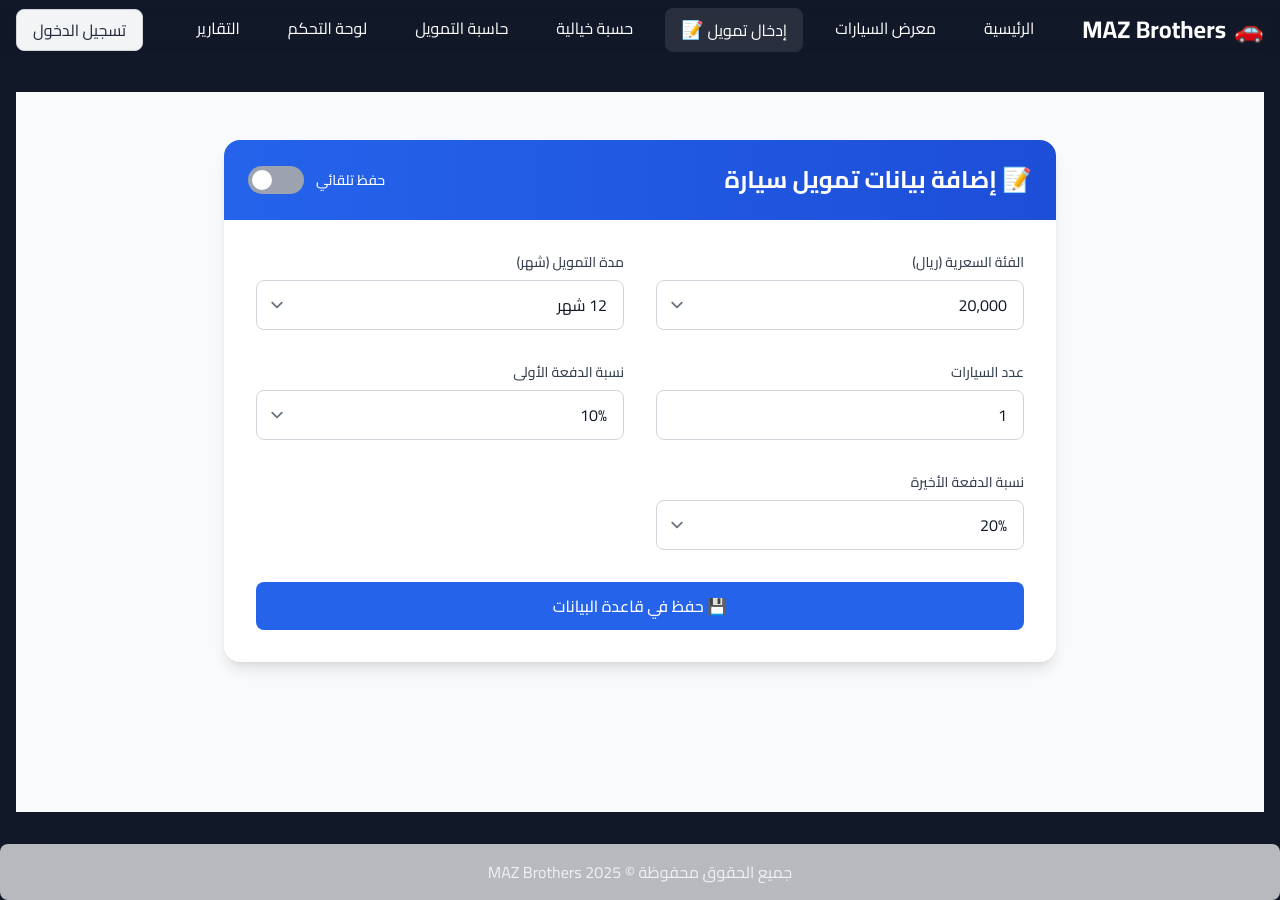
Repository: mazroni9/car-finance2
Page: /admin/car-finance-entry
An editor plug-in stored every save of this project. The page is shown before and after the next save, followed by the edit.
The browser window is 1280 px wide. The pictures show the whole page.
The project was rebuilt for these pictures with package versions that can differ from the ones it lists, and the page was loaded fresh each time. Some packages were replaced by stand-ins written for this rebuild. The framework's server and built-in components were replaced by stand-ins that run in the browser. Also part of the build but not shown: next.config.mjs.

Above is the page before, as saved 2025-07-02 10:18:57.

After the next save:
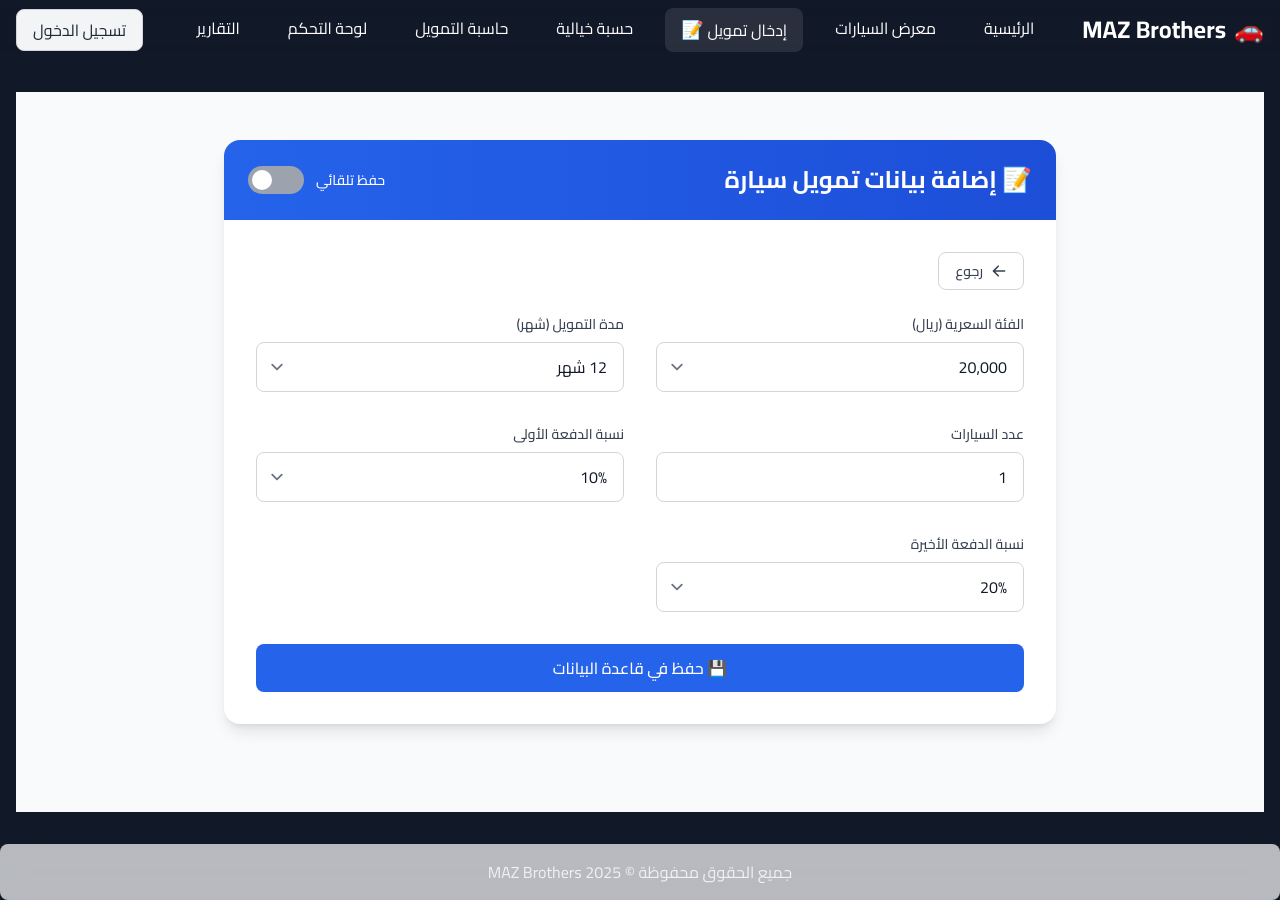
Saved 66 s later.
--- a/src/app/admin/car-finance-entry/page.tsx
+++ b/src/app/admin/car-finance-entry/page.tsx
@@ -1,6 +1,7 @@
 'use client';
 
 import React, { useState, useEffect } from 'react';
+import { BackButton } from '@/components/ui/back-button';
 
 interface CarFinanceFormProps {}
 
@@ -81,6 +82,9 @@ export default function CarFinanceForm({}: CarFinanceFormProps) {
 
           {/* Form */}
           <div className="p-8">
+            <div className="mb-6">
+              <BackButton />
+            </div>
             <div className="grid grid-cols-1 md:grid-cols-2 gap-8">
               <div className="space-y-2">
                 <label htmlFor="priceCategory" className="block text-sm font-medium text-gray-700 dark:text-gray-200">
